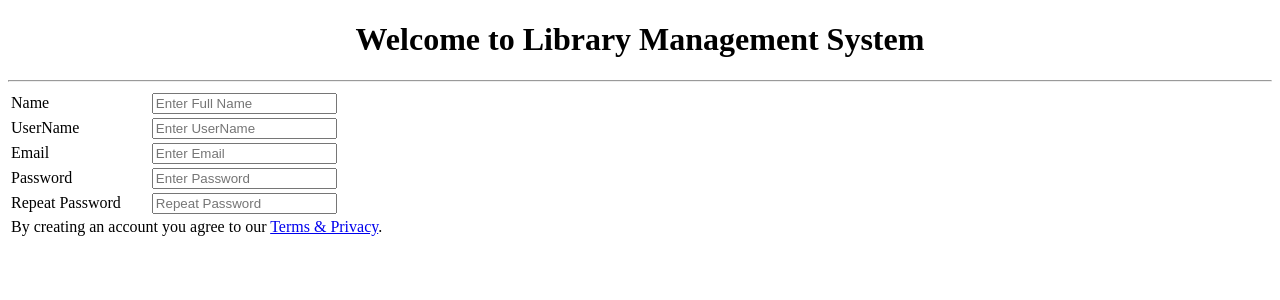
Repository: paragpatidar/LibraryManagementSystem
Page: http://localhost/LibraryManagementSystemSpring/WEB-INF/ui/SignUp.jsp
The author's editor kept a copy of each file at every save. The page is drawn from the files as they stood at one save, then again after a run of saves.
The browser window is 1280 px wide. The pictures show the whole page.
The page is served by Tomcat 9. Nobody is signed in. The template is opened directly, without the code that normally fills it, so the values that code supplies are empty.

Above is the page before, as saved 2017-11-08 08:40:44.

After the next 2 saves:
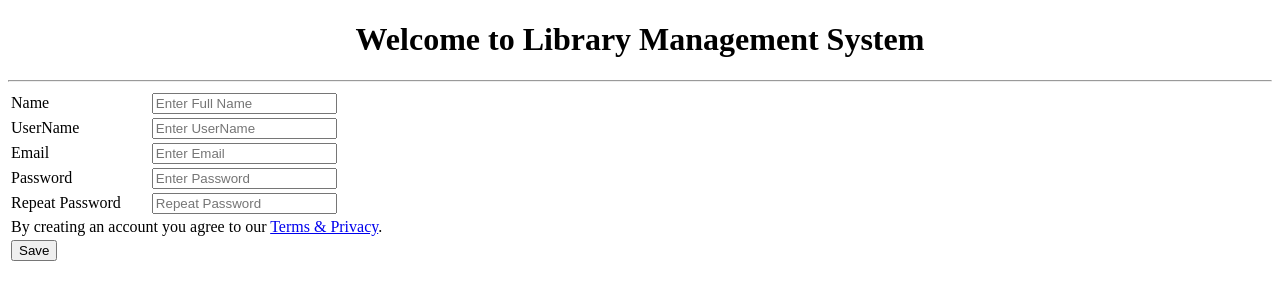
The 2 saves are shown as one change because they came seconds apart.
The last was saved 52 s later.
--- a/LibraryManagementSystemSpring/WebContent/WEB-INF/ui/SignUp.jsp
+++ b/LibraryManagementSystemSpring/WebContent/WEB-INF/ui/SignUp.jsp
@@ -39,6 +39,9 @@
 					Privacy</a>.
 					</td>
 			</tr>
+			<tr>
+			<td colspan="2"><input type="submit" name="submit" value="Save"></td>
+			</tr>
 	</table>
 		</form>
 	</div>
